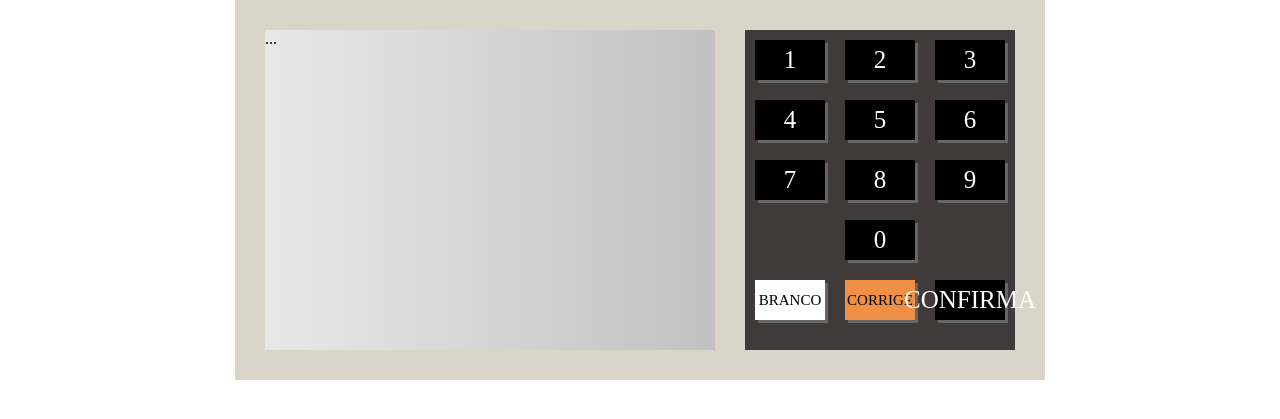
Repository: ThiagoIturra/urnaJs
Page: index.html
An editor plug-in stored every save of this project. The page is shown before and after the next save, followed by the edit.
The browser window is 1280 px wide. The pictures show the whole page.

Above is the page before, as saved 2022-01-05 16:16:09.

After the next save:
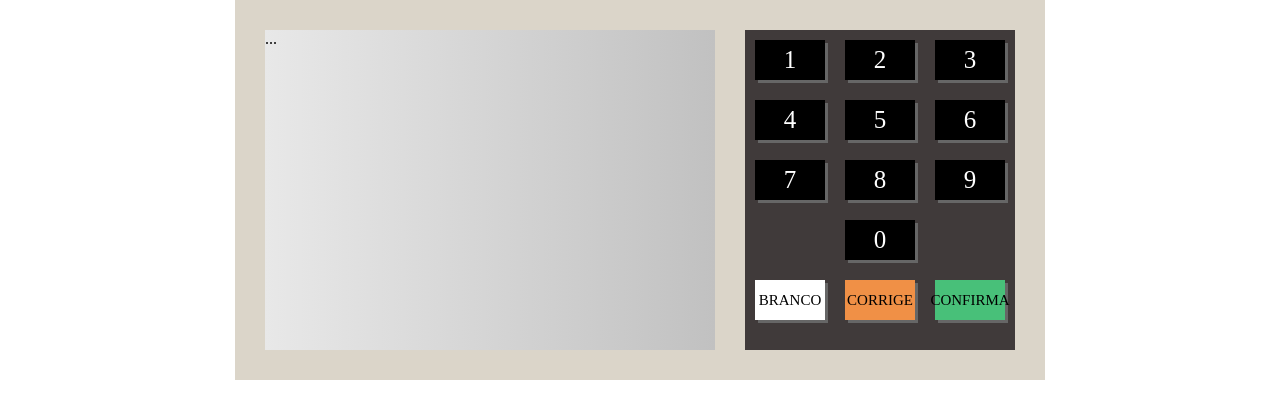
Saved 10 s later.
--- a/style.css
+++ b/style.css
@@ -55,7 +55,7 @@ body {
     cursor: pointer;
 }
 
-.keyboard--button--confirma {
+.button--confirma {
     background-color: #48c079;
     color: #000;
     font-size: 15px;
